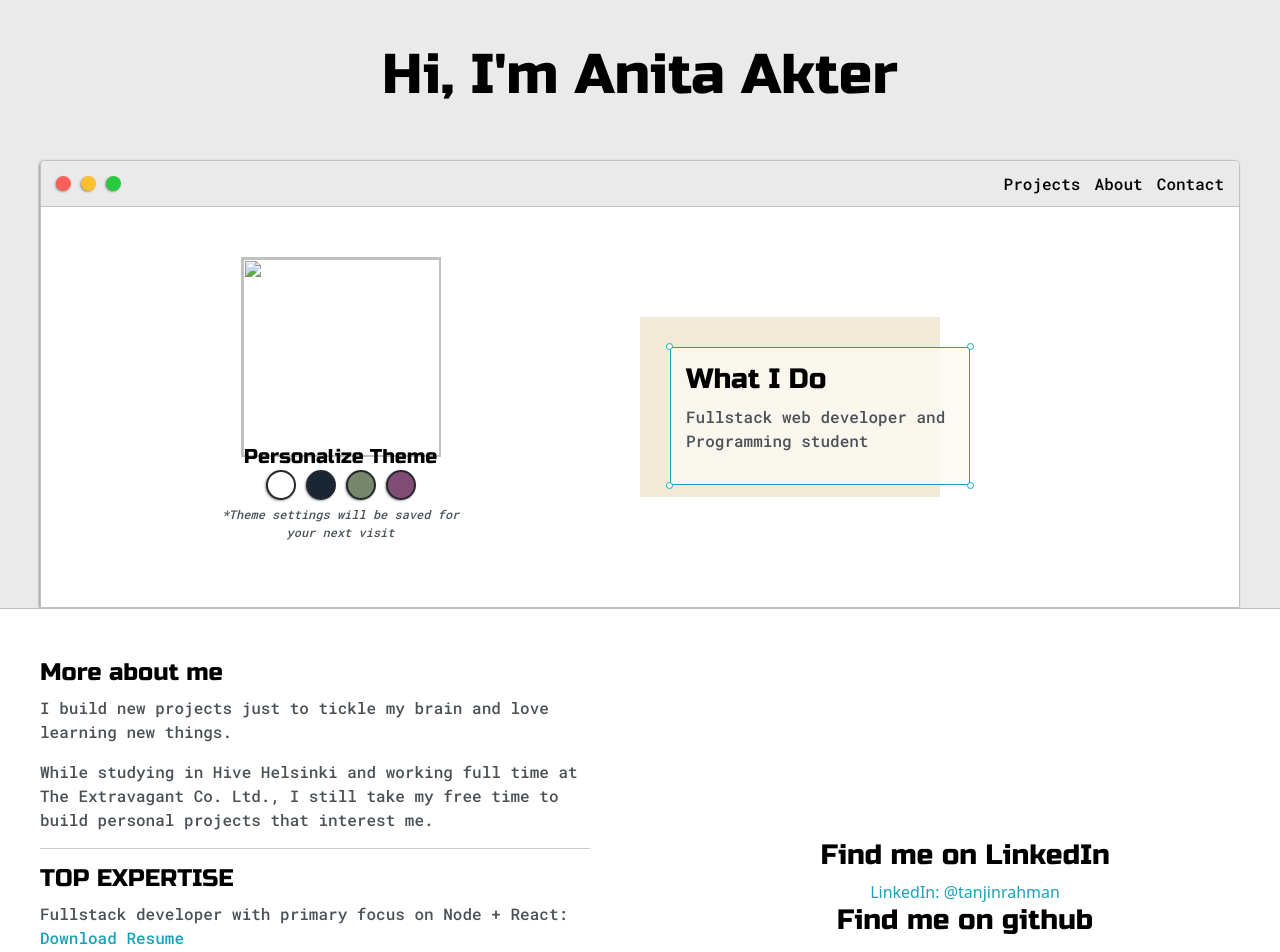
Repository: AnitaAkter/My_portfolio
Page: index.html
An editor plug-in stored every save of this project. The page is shown before and after a run of saves, followed by the edit.
The browser window is 1280 px wide. The pictures show the part of the page from y = 0 to 952 px (the page is 2716 px tall).

Above is the page before, as saved 2022-12-10 13:06:09.
Not found: images/tasmia.jpg

After the next 3 saves:
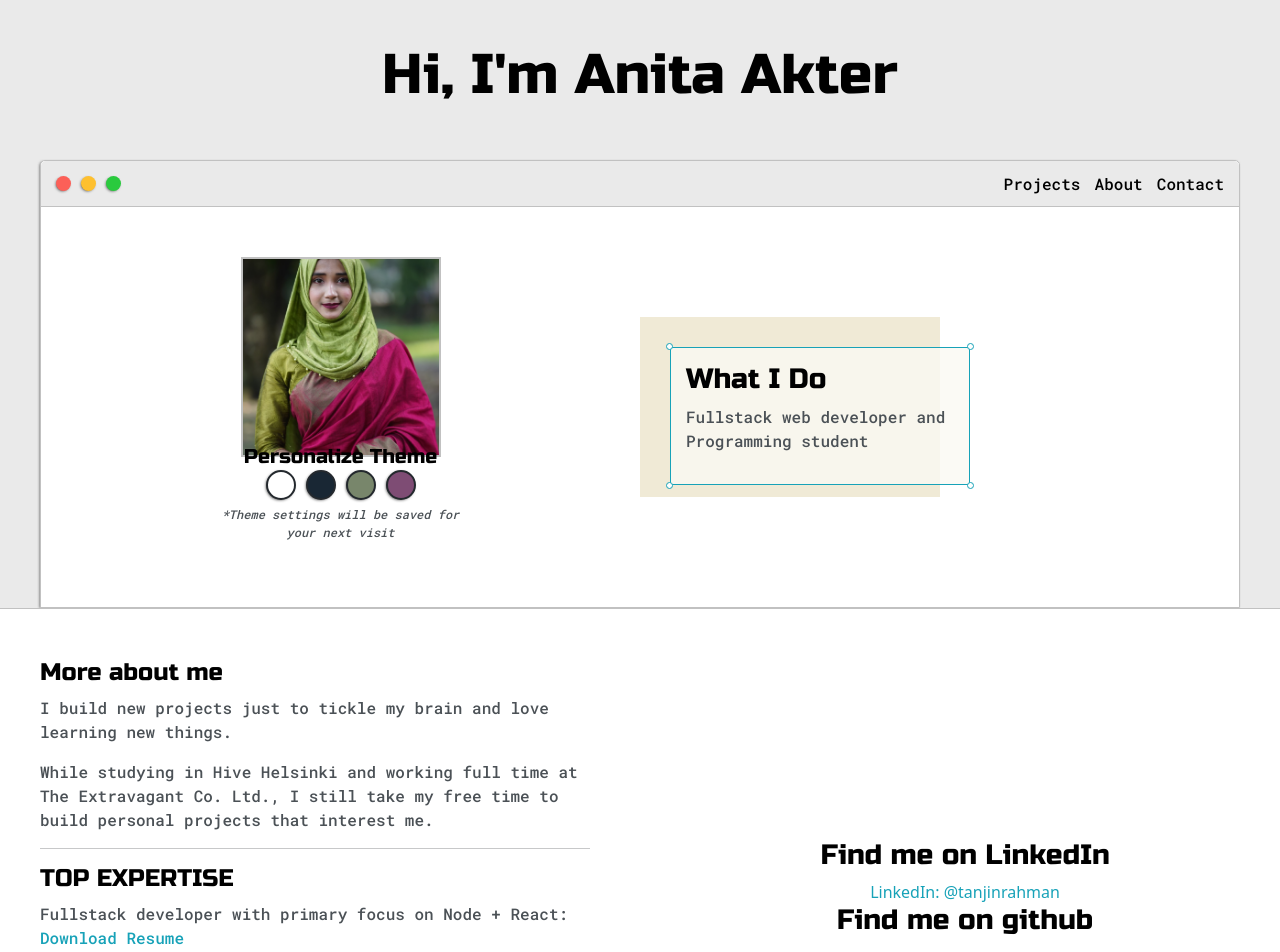
The 3 saves are shown as one change because they came seconds apart.
The last was saved 19 min 40 s later.
--- a/index.html
+++ b/index.html
@@ -50,7 +50,7 @@
 				</div>
 
 				<div class="left-column">
-					<img id="profile_pic" src="images/tasmia.jpg">
+					<img id="profile_pic" src="images/img-2.jpg">
 					<h5 style="text-align: center;line-height: 0;">Personalize Theme</h5>
 
 					<div id="theme-options-wrapper">
@@ -90,7 +90,8 @@
 					<h4>More about me</h4>
 
 					<p>I build new projects just to tickle my brain and love learning new things.</p>
-					<p>While studying in Hive Helsinki and working full time at The Extravagant Co. Ltd., I still take my free time to build personal projects that
+					<p>While studying in Hive Helsinki and working full time at The Extravagant Co. Ltd., I still take
+						my free time to build personal projects that
 						interest me.</p>
 
 					<hr>
